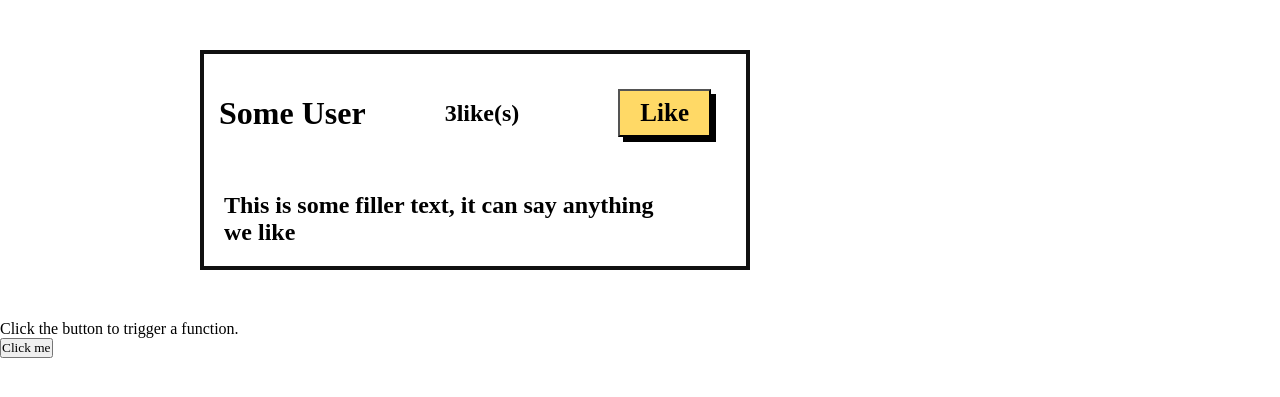
Repository: Blender20/liking_likes
Page: index.html
These files come from the project's save history. The page is drawn as it stood at one moment and after the next save; the edit follows.
The browser window is 1280 px wide. The pictures show the whole page.
Some web fonts or font styles are not loaded; a fallback is used.

Above is the page before, as saved 2022-03-29 21:14:25.

### index.html
<!DOCTYPE html>
<html lang="en">

<head>
  <meta charset="UTF-8">
  <meta http-equiv="X-UA-Compatible" content="IE=edge">
  <meta name="viewport" content="width=device-width, initial-scale=1.0">
  <link rel="stylesheet" href="style.css">
  <title>Document</title>
</head>

<body>

  <div class="column ">
    <div class="user flex">
      <h1>Some User</h1>

      <h2 id="cart-count">3<span>like(s)</span></h2>
      <button onclick="myFunction()" id="like">Like</button>
    </div>
    <div>
      <h2>This is some filler text, it can say anything <br>we like</h2>
    </div>

  </div>

  </div>
</body>

</html>

<!DOCTYPE html>
<html>
<head>
<script>
     var clicks = 0;
    function myFunction() {

        clicks += 1;
        document.getElementById("demo").innerHTML = clicks;


    }
</script>
</head>
<body>

<p>Click the button to trigger a function.</p>

<button onclick="myFunction()">Click me</button>

<p id="demo"></p>

</body>
</html>

### style.css
@import url('https://fonts.googleapis.com/css2?family=Balsamiq+Sans:ital,wght@0,400;0,700;1,700&display=swap');
  *{
  padding: 0;
  margin: 0;
  box-sizing: border-box;
  font-family: 'Balsamiq Sans', cursive;
}

.flex {
  display: flex;
  justify-content: space-between;
  align-self: center;
}



.column {
  border: 4px solid #111;
  margin-top: 50px;
  width:550px;

  margin: 50px 200px;

}
.user{
  padding: 15px ;
  flex:1;

  margin: auto 0;
}
h1 {
  align-self: center;
}
h2 {
  padding: 20px;
  align-self: center;
}
#like {
  background-color: #FFD966;
  padding: 8px 20px;
  margin: 20px;
  font-weight: 900;
  font-size: 25px;
  box-shadow: 5px 5px;
}

After the next save:
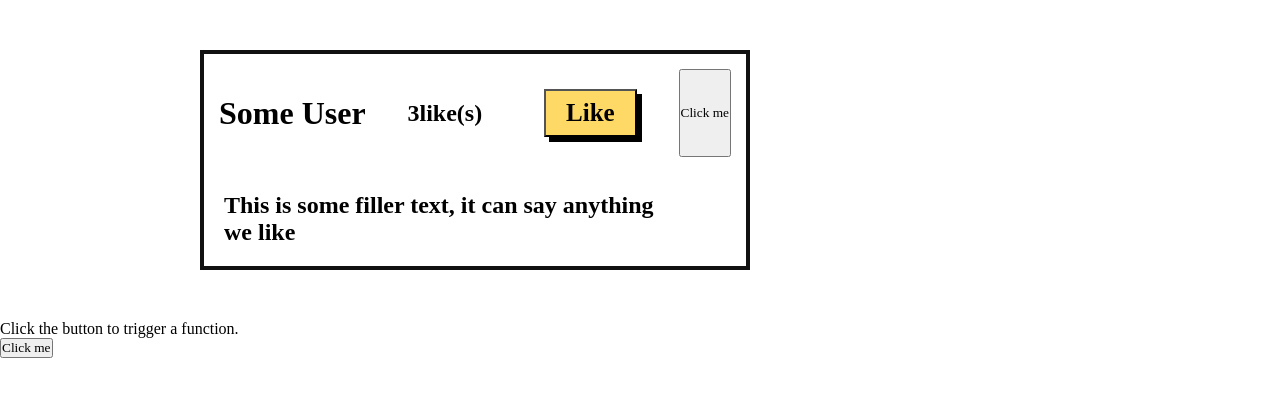
Saved 10 s later.
--- a/index.html
+++ b/index.html
@@ -17,6 +17,7 @@
 
       <h2 id="cart-count">3<span>like(s)</span></h2>
       <button onclick="myFunction()" id="like">Like</button>
+      <button onclick="myFunction()">Click me</button>
     </div>
     <div>
       <h2>This is some filler text, it can say anything <br>we like</h2>

After the save that followed:
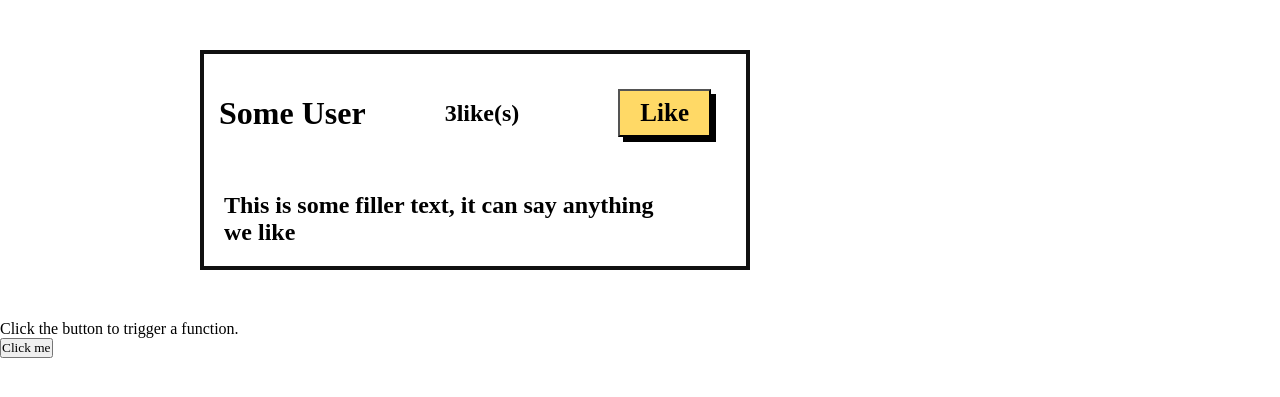
Saved 25 s later.
--- a/index.html
+++ b/index.html
@@ -17,7 +17,7 @@
 
       <h2 id="cart-count">3<span>like(s)</span></h2>
       <button onclick="myFunction()" id="like">Like</button>
-      <button onclick="myFunction()">Click me</button>
+
     </div>
     <div>
       <h2>This is some filler text, it can say anything <br>we like</h2>
